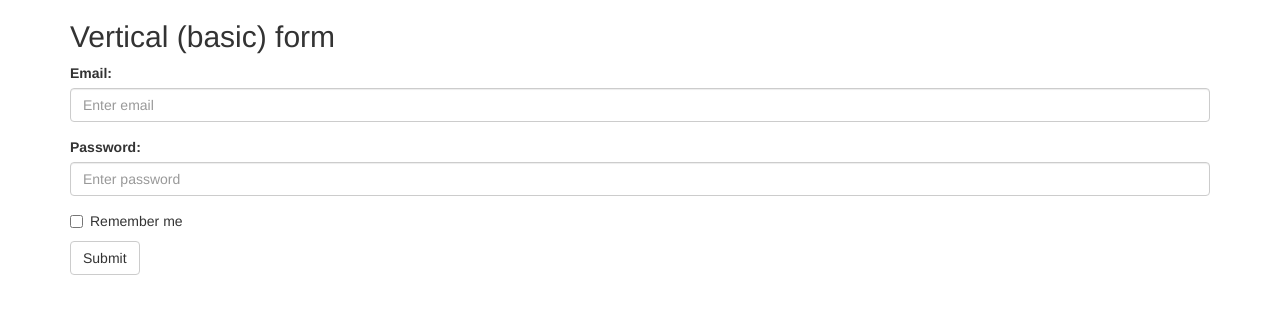
Repository: priyankateli27/priyanka
Page: SirAssignment/src/main/webapp/info.html
The author's editor kept a copy of each file at every save. The page is drawn from the files as they stood at one save, then again after the next save.
The browser window is 1280 px wide. The pictures show the whole page.

Above is the page before, as saved 2016-07-15 10:21:11.

### SirAssignment/src/main/webapp/info.html
<!DOCTYPE html>
<html lang="en">
<head>
  <title>Bootstrap Example</title>
  <meta charset="utf-8">
  <meta name="viewport" content="width=device-width, initial-scale=1">
  <link rel="stylesheet" href="http://maxcdn.bootstrapcdn.com/bootstrap/3.3.6/css/bootstrap.min.css">
  <script src="https://ajax.googleapis.com/ajax/libs/jquery/1.12.4/jquery.min.js"></script>
  <script src="http://maxcdn.bootstrapcdn.com/bootstrap/3.3.6/js/bootstrap.min.js"></script>
</head>
<body>

<div class="container">
  <h2>Vertical (basic) form</h2>
  <form role="form">
    <div class="form-group">
      <label for="email">Email:</label>
      <input type="email" class="form-control" id="email" placeholder="Enter email">
    </div>
    <div class="form-group">
      <label for="pwd">Password:</label>
      <input type="password" class="form-control" id="pwd" placeholder="Enter password">
    </div>
    <div class="checkbox">
      <label><input type="checkbox"> Remember me</label>
    </div>
    <button type="submit" class="btn btn-default">Submit</button>
  </form>
</div>

</body>
</html>

After the next save:
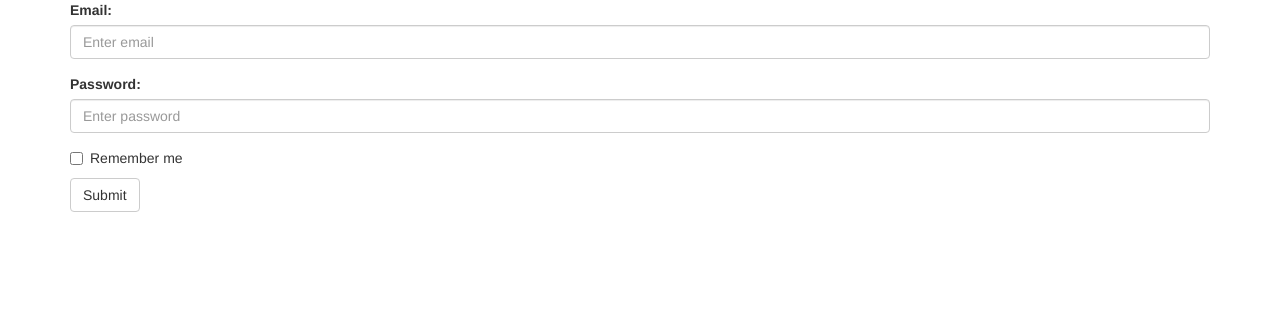
Saved 62 s later.
--- a/SirAssignment/src/main/webapp/info.html
+++ b/SirAssignment/src/main/webapp/info.html
@@ -1,7 +1,7 @@
 <!DOCTYPE html>
 <html lang="en">
 <head>
-  <title>Bootstrap Example</title>
+  <title>Student Record</title>
   <meta charset="utf-8">
   <meta name="viewport" content="width=device-width, initial-scale=1">
   <link rel="stylesheet" href="http://maxcdn.bootstrapcdn.com/bootstrap/3.3.6/css/bootstrap.min.css">
@@ -11,7 +11,6 @@
 <body>
 
 <div class="container">
-  <h2>Vertical (basic) form</h2>
   <form role="form">
     <div class="form-group">
       <label for="email">Email:</label>
